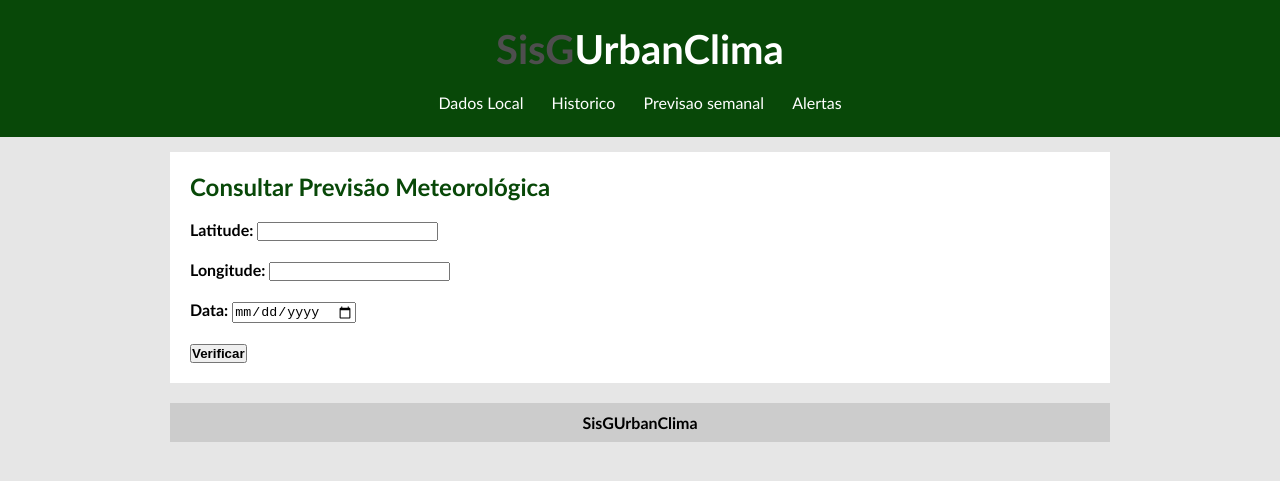
Repository: VladimirVieira/eolica-api
Page: http://localhost/dadosmomentaneo
The author's editor kept a copy of each file at every save. The page is drawn from the files as they stood at one save, then again after the next save.
The browser window is 1280 px wide. The pictures show the whole page.
The page is this project's Thymeleaf template; nobody is signed in. The template is opened directly, without the code that normally fills it, so the values that code supplies are empty.

Above is the page before, as saved 2025-07-13 05:01:17.

After the next save:
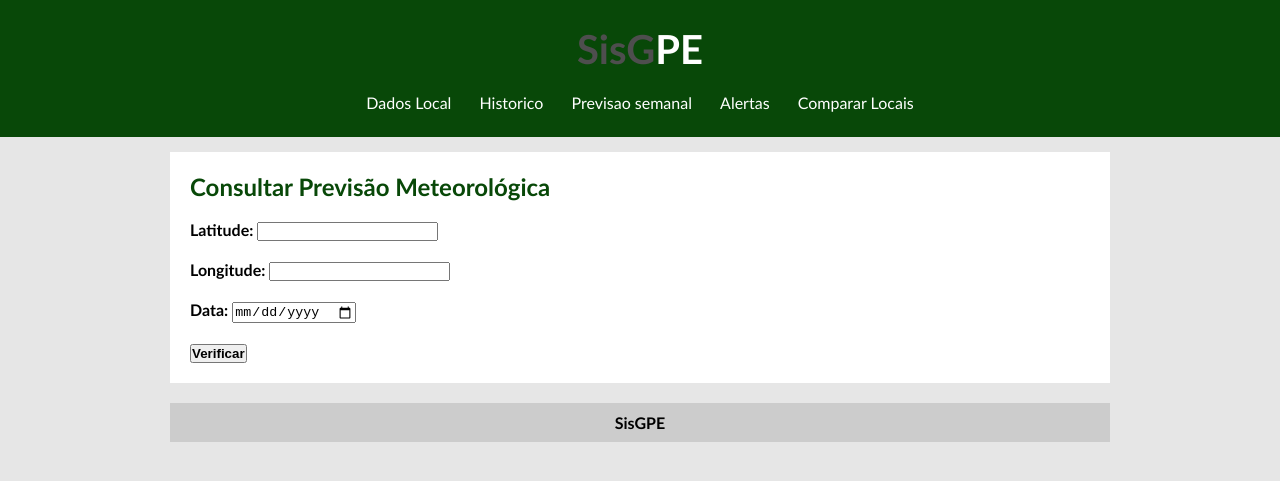
Saved 3 min 7 s later.
--- a/Área de Trabalho/curso-Java/eolica-api-main/src/main/resources/templates/dadosmomentaneo.html
+++ b/Área de Trabalho/curso-Java/eolica-api-main/src/main/resources/templates/dadosmomentaneo.html
@@ -1,7 +1,7 @@
 <!DOCTYPE html>
-<html>
+<html xmlns:th="http://www.w3.org/1999/xhtml">
 <head>
-	<title>SisGUrbanClima</title>
+	<title>SisGPE</title>
 	<meta charset="utf-8">
 	<link rel="stylesheet" type="text/css" href="../estilo.css">
 </head>
@@ -10,13 +10,14 @@
 	<div id="area-cabecalho">
 
 		<div id="area-logo">
-			<h1>SisG<span class="branco">UrbanClima</span></h1>
+			<h1>SisG<span class="branco">PE</span></h1>
 		</div>
 		<div id="area-menu">
 			<a href="/">Dados Local</a>
 			<a href="/historico1">Historico</a>
 			<a href="/previsaosemana">Previsao semanal</a>
 			<a href="/previsaoalerta">Alertas</a>
+			<a href="/comparacao-meteorologica/form" th:href="@{/comparacao-meteorologica/form}">Comparar Locais</a>
 		</div>
 
 	</div>
@@ -50,7 +51,7 @@
 		</div>
 
 		<div id="rodape">
-			<strong>SisGUrbanClima</strong>
+			<strong>SisGPE</strong>
 		</div>
 
 	</div>
